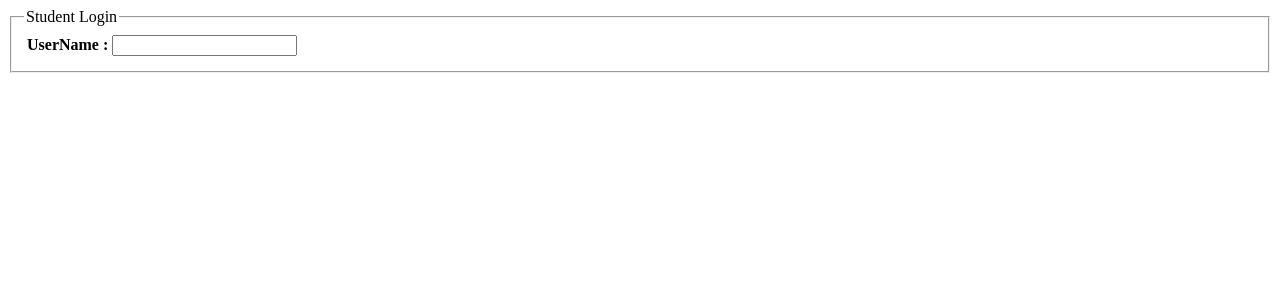
Repository: Harshithahamsa/java_practice
Page: http://localhost/student/login
An editor plug-in stored every save of this project. The page is shown before and after the next save, followed by the edit.
The browser window is 1280 px wide. The pictures show the whole page.
The page is served by Tomcat 9. Other server files are loaded and not shown.

Above is the page before, as saved 2022-01-27 13:12:47.

### HibernateWithJPA/student/src/main/webapp/WEB-INF/dispatcher-servlet.xml
<?xml version="1.0" encoding="UTF-8"?>
<beans xmlns="http://www.springframework.org/schema/beans"
	xmlns:mvc="http://www.springframework.org/schema/mvc"
	xmlns:context="http://www.springframework.org/schema/context"
	xmlns:xsi="http://www.w3.org/2001/XMLSchema-instance"
	xmlns:p="http://www.springframework.org/schema/p"
	xsi:schemaLocation="http://www.springframework.org/schema/mvc
	http://www.springframework.org/schema/mvc/spring-mvc.xsd
	http://www.springframework.org/schema/beans
	http://www.springframework.org/schema/beans/spring-beans-3.0.xsd
	http://www.springframework.org/schema/context
	http://www.springframework.org/schema/context/spring-context-3.0.xsd">

	<mvc:annotation-driven/>
	<context:component-scan base-package="com.te.student"/>

	<bean class="org.springframework.web.servlet.view.InternalResourceViewResolver">
		<property name="prefix" value="WEB-INF/views/"></property>
		<property name="suffix" value=".jsp"></property>
	</bean>

</beans>

### HibernateWithJPA/student/src/main/webapp/WEB-INF/views/login.jsp
<%@ page language="java" contentType="text/html; charset=ISO-8859-1"
	pageEncoding="ISO-8859-1"%>
<!DOCTYPE html>
<html>
<head>
<meta charset="ISO-8859-1">
<title>Insert title here</title>
</head>
<body>

	<fieldset>
		<legend>Student Login</legend>
		<table>
			<tr>
				<th> <label>UserName : </label> </th>
				<td> <input type="text" name="rollno"> </td>
			 </tr>
			 <tr> </tr>
		</table>

	</fieldset>

</body>
</html>

### HibernateWithJPA/student/src/main/java/com/te/student/controller/StudentController.java
package com.te.student.controller;

import org.springframework.stereotype.Controller;
import org.springframework.web.bind.annotation.GetMapping;

@Controller
public class StudentController {

	@GetMapping("/login")
	public String login() {
		return "login";
	}
}

After the next save:
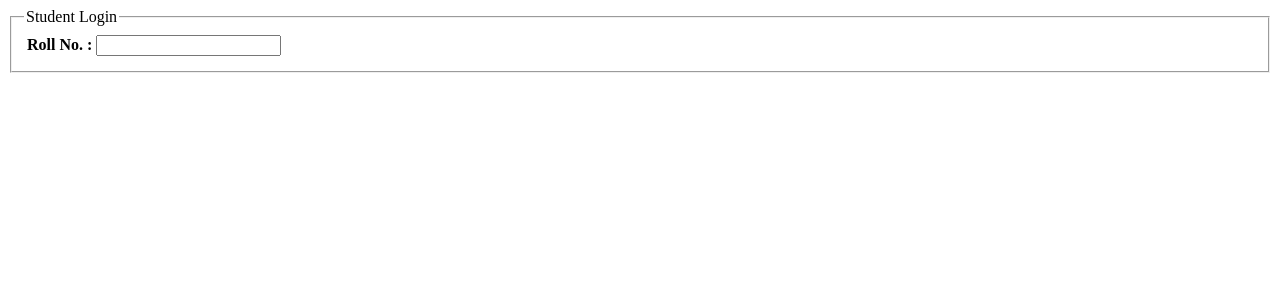
Saved 42 s later.
--- a/HibernateWithJPA/student/src/main/webapp/WEB-INF/views/login.jsp
+++ b/HibernateWithJPA/student/src/main/webapp/WEB-INF/views/login.jsp
@@ -12,7 +12,7 @@
 		<legend>Student Login</legend>
 		<table>
 			<tr>
-				<th> <label>UserName : </label> </th>
+				<th> <label>Roll  No. : </label> </th>
 				<td> <input type="text" name="rollno"> </td>
 			 </tr>
 			 <tr> </tr>
